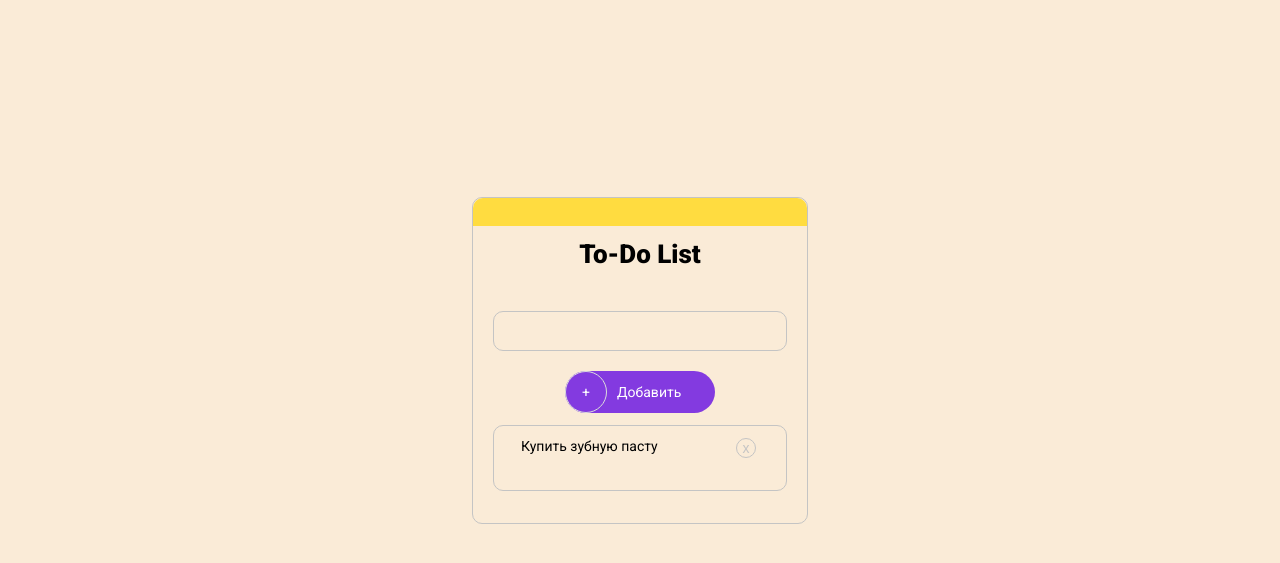
Repository: NatiqSamiyev/To-do-List-js
Page: insex.html
An editor plug-in stored every save of this project. The page is shown before and after the next save, followed by the edit.
The browser window is 1280 px wide. The pictures show the whole page.
Some web fonts or font styles are not loaded; a fallback is used.

Above is the page before, as saved 2023-10-31 12:16:43.

### insex.html
<!DOCTYPE html>
<html lang="en">
  <head>
    <meta charset="UTF-8" />
    <meta name="viewport" content="width=device-width, initial-scale=1.0" />
    <title>Document</title>
    <link rel="stylesheet" href="index.css" />
  </head>
  <body>
    <div class="list-container">
      <div class="card">
        <div class="color">
          <div class="yellow-box"></div>
          <h1>To-do list</h1>
        </div>
        <main>
          <form action="">
            <label for="">
              <input type="text" class="text-input" required />
            </label>
            <button class="submit-btn">
              <div class="circle">+</div>
              <p>Добавить</p>
            </button>
          </form>
          <ul>
            <li>
              <h3>Купить зубную пасту</h3>
              <button class="remove-btn">
x
              </button>
            </li>
          </ul>
        </main>
      </div>
    </div>
  </body>
  <script src="./index.js"></script>
</html>

### index.css
@import url("https://fonts.googleapis.com/css2?family=Epilogue:wght@400;600;700;800&family=Inter:wght@400;500;600;700&family=Laila:wght@700&family=Open+Sans:wght@400;600;700;800&family=Roboto+Slab:wght@700&family=Roboto:wght@400;700;900&display=swap");

* {
  margin: 0;
  padding: 0;
  box-sizing: border-box;
}

.list-container {
  width: 100%;
  min-height: 100vh;
  display: flex;
  justify-content: center;
  align-items: center;
  background-color: antiquewhite;
}

.card {
  width: 336px;
  padding-bottom: 20px;
  border-radius: 10px;
  border: 1px solid #c4c4c4;
  background: rgba(196, 196, 196, 0);
}
main {
  padding: 0 20px;
}
.yellow-box {
  height: 28px;
  width: 100%;
  background-color: #ffdc40;
  border-top-right-radius: 10px;
  border-top-left-radius: 10px;
}
form .color img {
  width: 100%;
  height: 28px;
}

.color h1 {
  margin-top: 13px;
  color: #000;
  text-align: center;
  font-family: Roboto;
  font-size: 26px;
  font-style: normal;
  font-weight: 900;
  line-height: normal;
  text-transform: capitalize;
}

input {
  margin-top: 42px;
  padding: 10px 15px;
  width: 100%;
  height: 40px;
  border-radius: 10px;
  border: 1px solid #c4c4c4;
  background: rgba(196, 196, 196, 0);
  cursor: pointer;
}

ul {
  margin-bottom: 12px;
  margin-top: 12px;
  padding: 12px 30px 12px 27px;
  width: 100%;
  border-radius: 10px;
  border: 1px solid #c4c4c4;
  background: rgba(196, 196, 196, 0);
  /* display: none; */
}

ul li {
  margin-bottom: 20px;
  list-style-type: none;
  display: flex;
  justify-content: space-between;
}

ul li h3 {
  color: #000;
  font-family: Roboto;
  font-size: 14px;
  font-style: normal;
  font-weight: 400;
  line-height: normal;
}

ul li img {
  width: 20px;
  height: 20px;
}
button {
  border: none;
  background: none;
}
.submit-btn {
  width: 150px;
  height: 42px;
  margin: auto;
  margin-top: 20px;
  display: flex;
  align-items: center;
  background-color: #833ae0;
  border-radius: 25px;
  border: none;

  color: #fff;
  text-align: center;
  font-family: Roboto;
  font-size: 14px;
  font-style: normal;
  font-weight: 400;
  line-height: normal;
}
button .circle {
  margin-right: 10px;
  border-radius: 50%;
  width: 42px;
  height: 42px;
  border: 0.5px solid gainsboro;
  display: flex;
  justify-content: center;
  align-items: center;
}
.remove-btn {
  width: 20px;
  height: 20px;
  border: 1px solid #c4c4c4;
  color: #c4c4c4;
  border-radius: 50%;
  font-size: 14px;
  display: flex;
  justify-content: center;
  align-items: center;
}
.remove-btn:hover {
  background-color: #833ae0;
}

### index.js
let form = document.querySelector("form");
let btn = document.querySelector("button");
let ul = document.querySelector("ul");
let input = document.querySelector(".text-input");

form.addEventListener("submit", sumbitForm);
function sumbitForm(e) {
  e.preventDefault();
  ul.style.display = "block";
  ul.innerHTML += `
  <li>
  <h3>Купить зубную пасту</h3>
  <button class="remove-btn">
    <img src="./image/Group 56.svg" alt="" />
  </button>
</li>
`;
  form.reset();
}

After the next save:
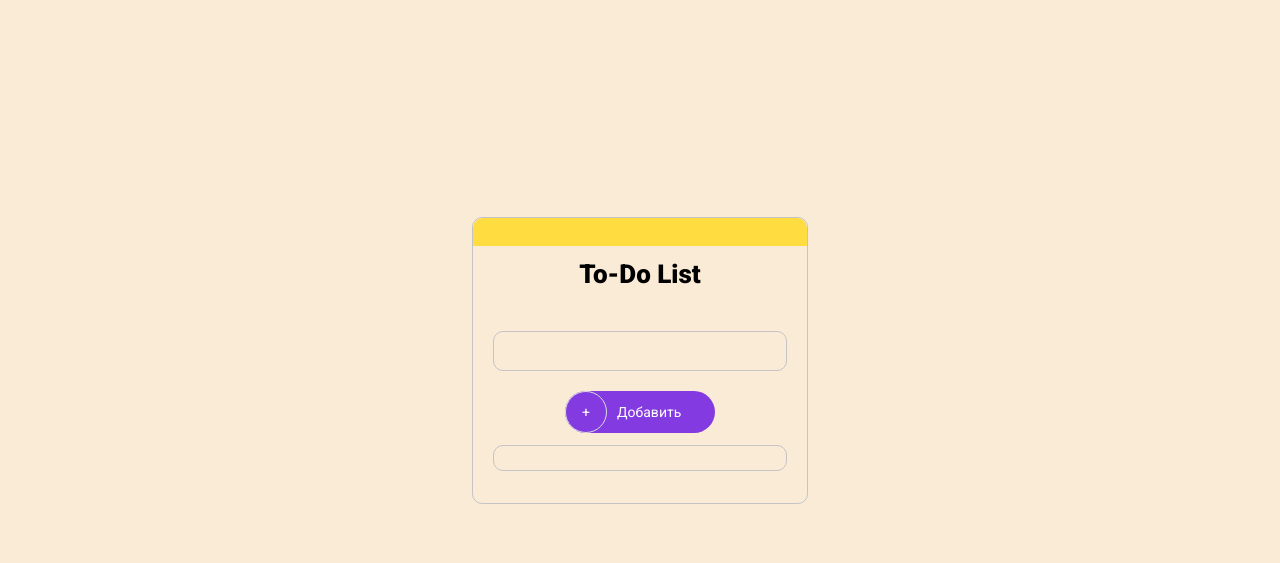
Saved 7 s later.
--- a/insex.html
+++ b/insex.html
@@ -24,12 +24,7 @@
             </button>
           </form>
           <ul>
-            <li>
-              <h3>Купить зубную пасту</h3>
-              <button class="remove-btn">
-x
-              </button>
-            </li>
+
           </ul>
         </main>
       </div>
